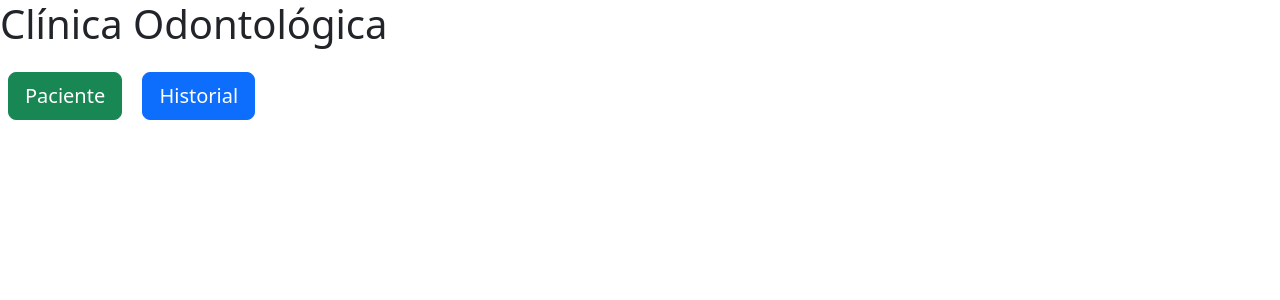
Repository: JChuma018/ExamenLP_JAChG
Page: clinica/src/main/resources/static/index.html
The author's editor kept a copy of each file at every save. The page is drawn from the files as they stood at one save, then again after the next save.
The browser window is 1280 px wide. The pictures show the whole page.

Above is the page before, as saved 2024-10-24 07:22:26.

### clinica/src/main/resources/static/index.html
<!doctype html>
<html lang="en">
  <head>
    <meta charset="utf-8">
    <meta name="viewport" content="width=device-width, initial-scale=1">
    <title>Bootstrap demo</title>
    <link href="https://cdn.jsdelivr.net/npm/bootstrap@5.3.3/dist/css/bootstrap.min.css" rel="stylesheet" integrity="sha384-QWTKZyjpPEjISv5WaRU9OFeRpok6YctnYmDr5pNlyT2bRjXh0JMhjY6hW+ALEwIH" crossorigin="anonymous">
  </head>
  <body>

  	<h1 class="mb-4">Clínica Odontológica</h1>

    <a href="/listarPaciente" class="btn btn-success btn-lg mx-2">Paciente</a>
    <a href="/listarHistorial" class="btn btn-primary btn-lg mx-2">Historial</a>

    <script src="https://cdn.jsdelivr.net/npm/bootstrap@5.3.3/dist/js/bootstrap.bundle.min.js" integrity="sha384-YvpcrYf0tY3lHB60NNkmXc5s9fDVZLESaAA55NDzOxhy9GkcIdslK1eN7N6jIeHz" crossorigin="anonymous"></script>
  </body>
</html>

After the next save:
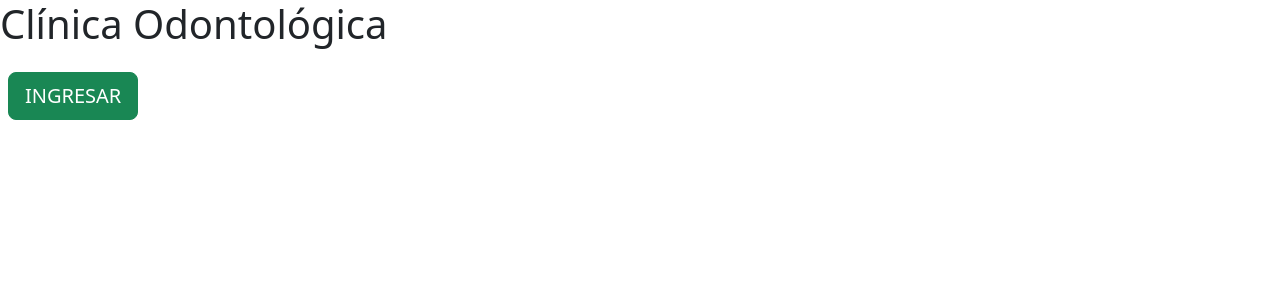
Saved 46 s later.
--- a/clinica/src/main/resources/static/index.html
+++ b/clinica/src/main/resources/static/index.html
@@ -10,8 +10,7 @@
 
   	<h1 class="mb-4">Clínica Odontológica</h1>
 
-    <a href="/listarPaciente" class="btn btn-success btn-lg mx-2">Paciente</a>
-    <a href="/listarHistorial" class="btn btn-primary btn-lg mx-2">Historial</a>
+    <a href="/templates/index" class="btn btn-success btn-lg mx-2">INGRESAR</a>
 
     <script src="https://cdn.jsdelivr.net/npm/bootstrap@5.3.3/dist/js/bootstrap.bundle.min.js" integrity="sha384-YvpcrYf0tY3lHB60NNkmXc5s9fDVZLESaAA55NDzOxhy9GkcIdslK1eN7N6jIeHz" crossorigin="anonymous"></script>
   </body>
